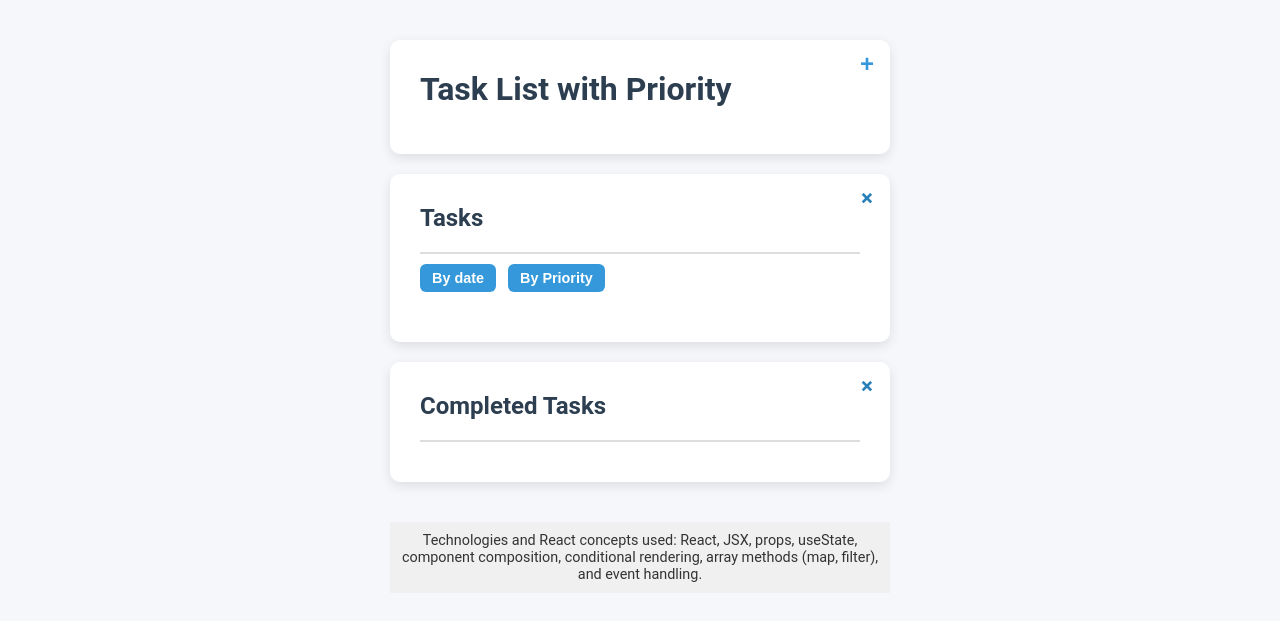
Repository: Lithium87/TaskList
Page: /
An editor plug-in stored every save of this project. The page is shown before and after the next save, followed by the edit.
The browser window is 1280 px wide. The pictures show the whole page.
The project was rebuilt for these pictures with package versions that can differ from the ones it lists, and the page was loaded fresh each time. Also part of the build but not shown: vite.config.js.

Above is the page before, as saved 2025-07-09 18:12:21.

After the next save:
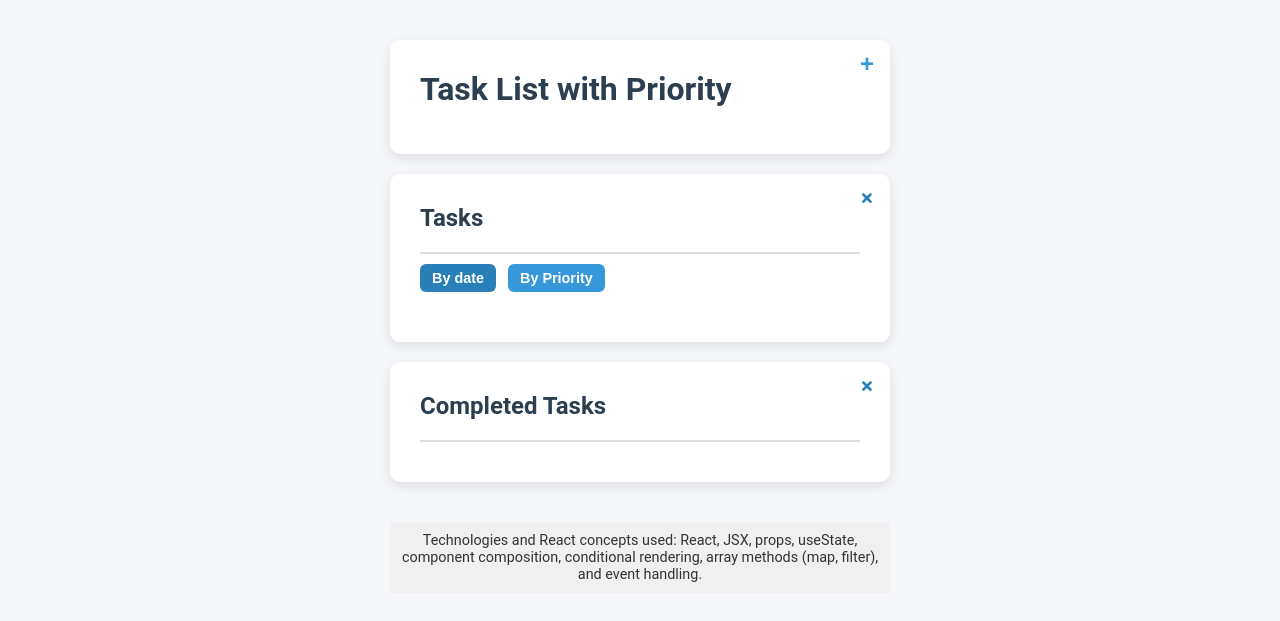
Saved 95 s later.
--- a/src/App.jsx
+++ b/src/App.jsx
@@ -88,15 +88,15 @@ function App () {
             deleteTask={deleteTask}
             activeTasks={activeTasks}
           />}
-        <div className={`sort-controls `}>
+        <div className="sort-controls">
           <button
-            className="sort-button"
+            className={`sort-button ${sortType === 'date' ? 'active' : ''}`}
             onClick={() => toggleSortOrder ('date')}
           >
             By date
           </button>
           <button
-            className="sort-button"
+            className={`sort-button ${sortType === 'priority' ? 'active' : ''}`}
             onClick={() => toggleSortOrder ('priority')}
           >
             By Priority
